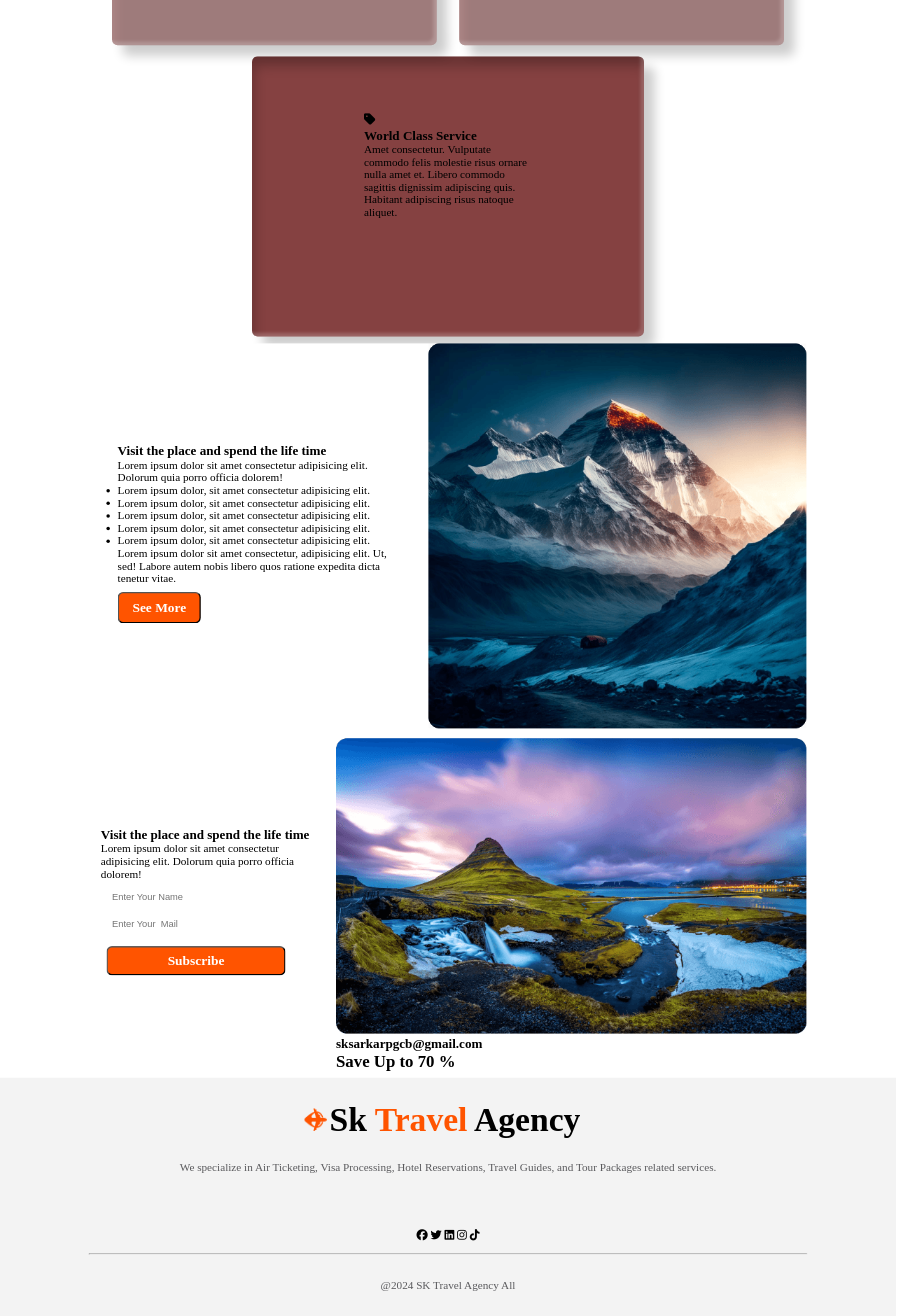
Repository: sumonkumarsarkar/Sk-Travel-Agency-
Page: index.html
The author's editor kept a copy of each file at every save. The page is drawn from the files as they stood at one save, then again after the next save.
The browser window is 1280 px wide. The page is 1312 px wide, so the pictures cover 1312 px, including what lies to the right of the window. The pictures show the part of the page from y = 2912 to 4792 px (the page is 4792 px tall), at 70% of full size.

Above is the page before, as saved 2024-01-17 16:01:16.

After the next save:
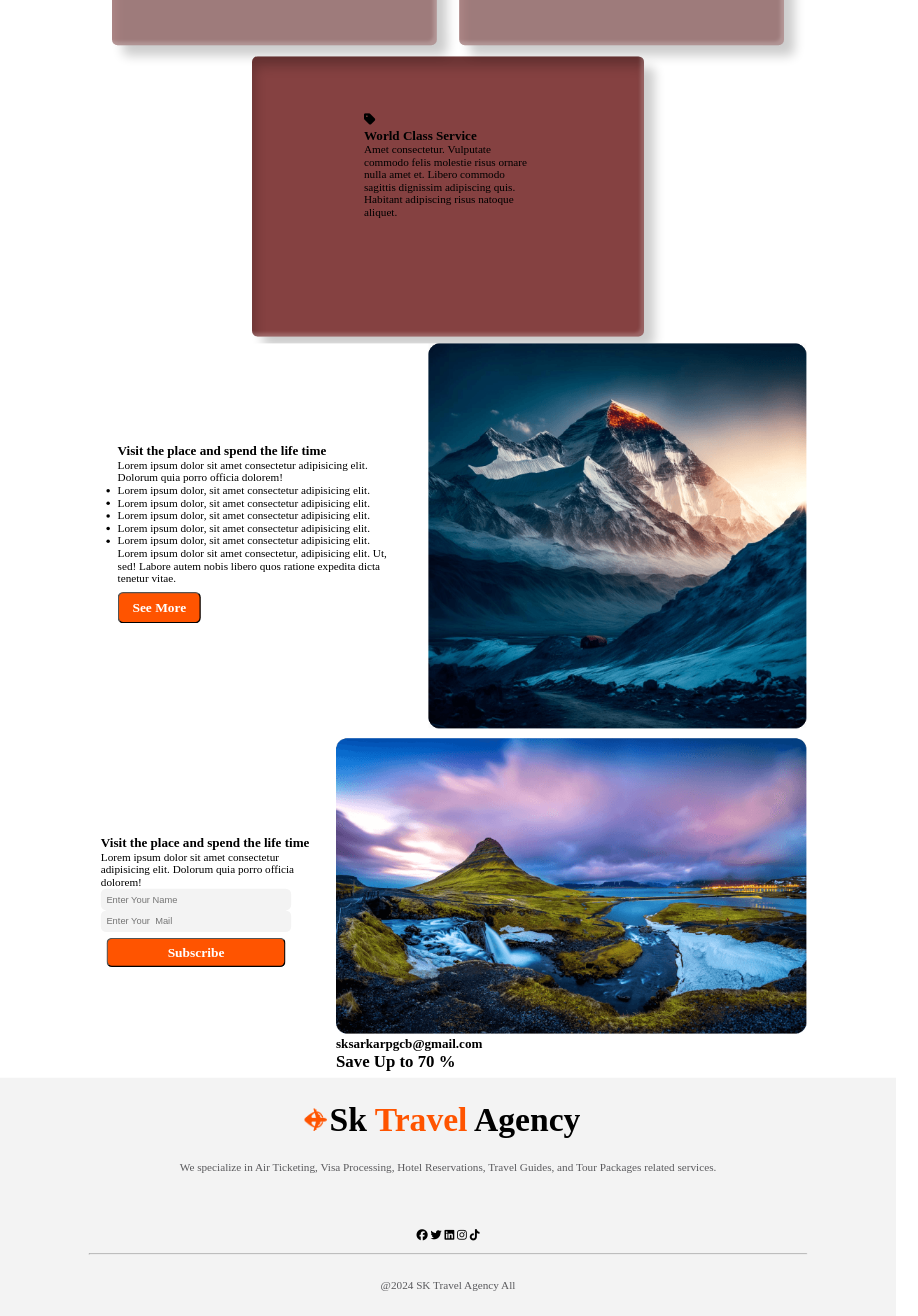
Saved 36 s later.
--- a/style.css
+++ b/style.css
@@ -178,9 +178,12 @@
     display: block;
     padding: .5rem;
     width: 80%;
-    margin: .5rem;
+
     border: none;
     border-radius: .5rem;
+    background: rgba(19, 19, 24, 0.05);
+
+
 
 }
 

After the save that followed:
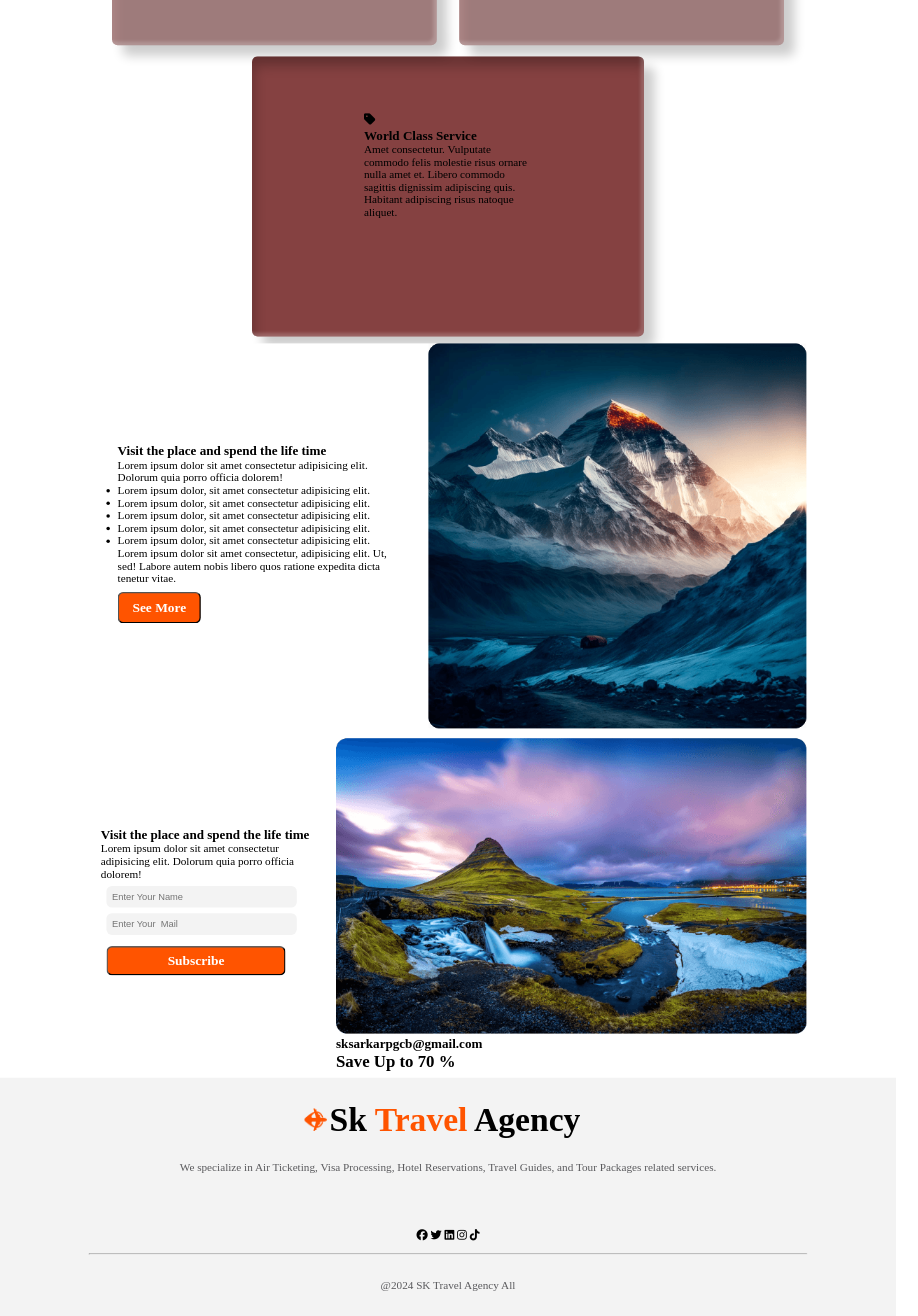
Saved 17 s later.
--- a/style.css
+++ b/style.css
@@ -178,7 +178,7 @@
     display: block;
     padding: .5rem;
     width: 80%;
-
+    margin: .5rem;
     border: none;
     border-radius: .5rem;
     background: rgba(19, 19, 24, 0.05);
